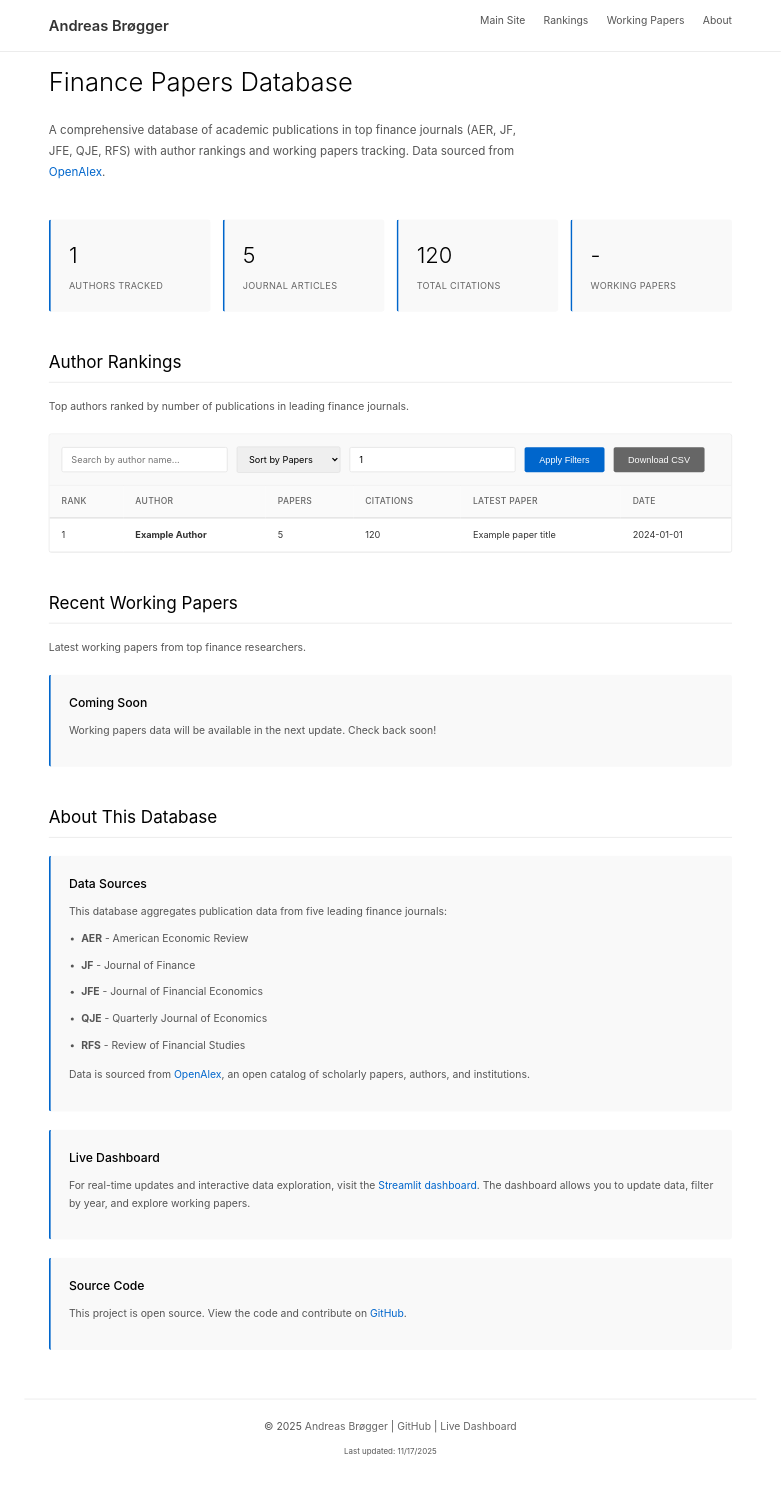
Repository: anbrog/finance-papers
Page: docs/index.html
The author's editor kept a copy of each file at every save. The page is drawn from the files as they stood at one save, then again after the next save.
The browser window is 1280 px wide. The pictures show the whole page, at 61% of full size.

Above is the page before, as saved 2025-11-17 23:53:32.

After the next save:
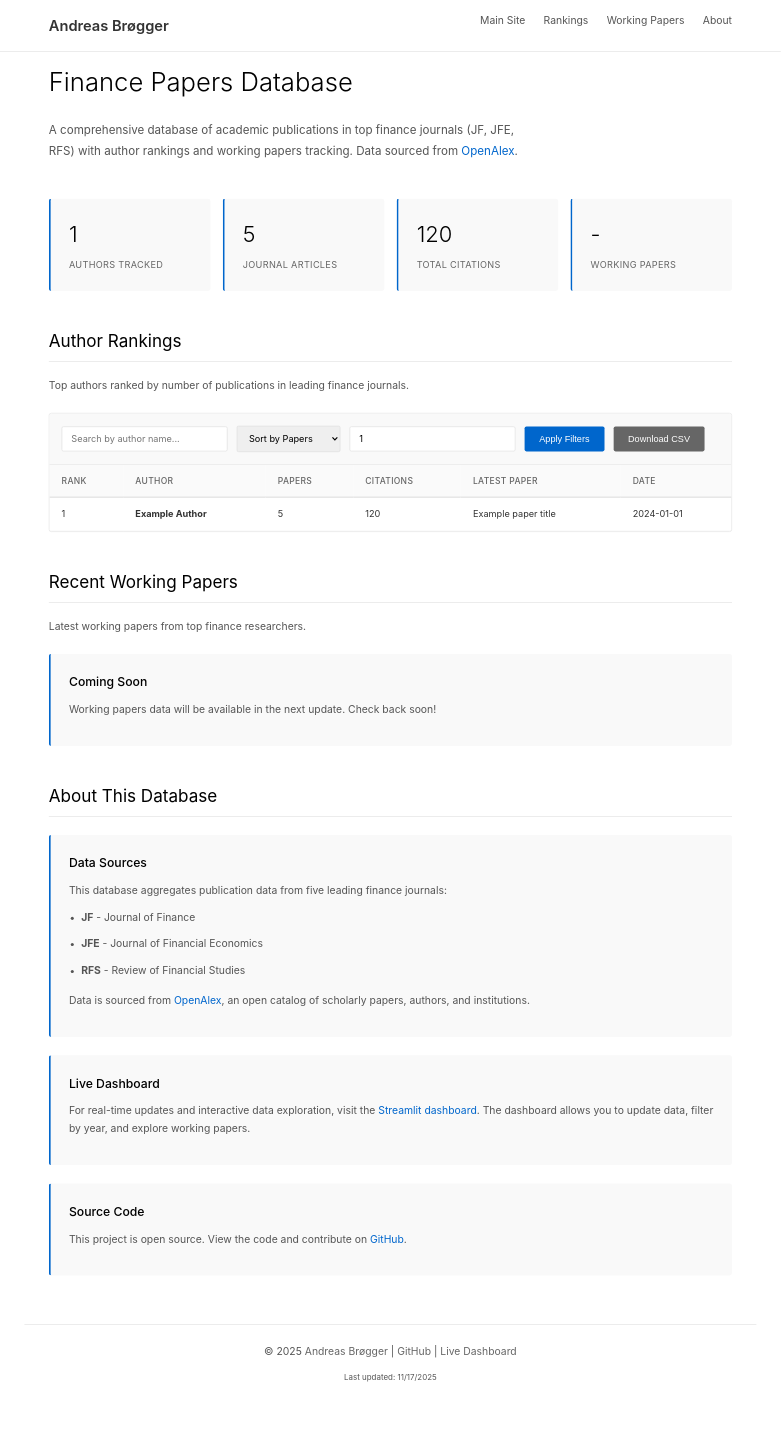
Saved 11 h 33 min later.
--- a/docs/index.html
+++ b/docs/index.html
@@ -353,7 +353,7 @@
             <h1>Finance Papers Database</h1>
             <p>
                 A comprehensive database of academic publications in top finance journals
-                (AER, JF, JFE, QJE, RFS) with author rankings and working papers tracking.
+                (JF, JFE, RFS) with author rankings and working papers tracking.
                 Data sourced from <a href="https://openalex.org" target="_blank">OpenAlex</a>.
             </p>
         </div>
@@ -420,10 +420,8 @@
                     This database aggregates publication data from five leading finance journals:
                 </p>
                 <ul>
-                    <li><strong>AER</strong> - American Economic Review</li>
                     <li><strong>JF</strong> - Journal of Finance</li>
                     <li><strong>JFE</strong> - Journal of Financial Economics</li>
-                    <li><strong>QJE</strong> - Quarterly Journal of Economics</li>
                     <li><strong>RFS</strong> - Review of Financial Studies</li>
                 </ul>
                 <p style="margin-top: 20px;">
